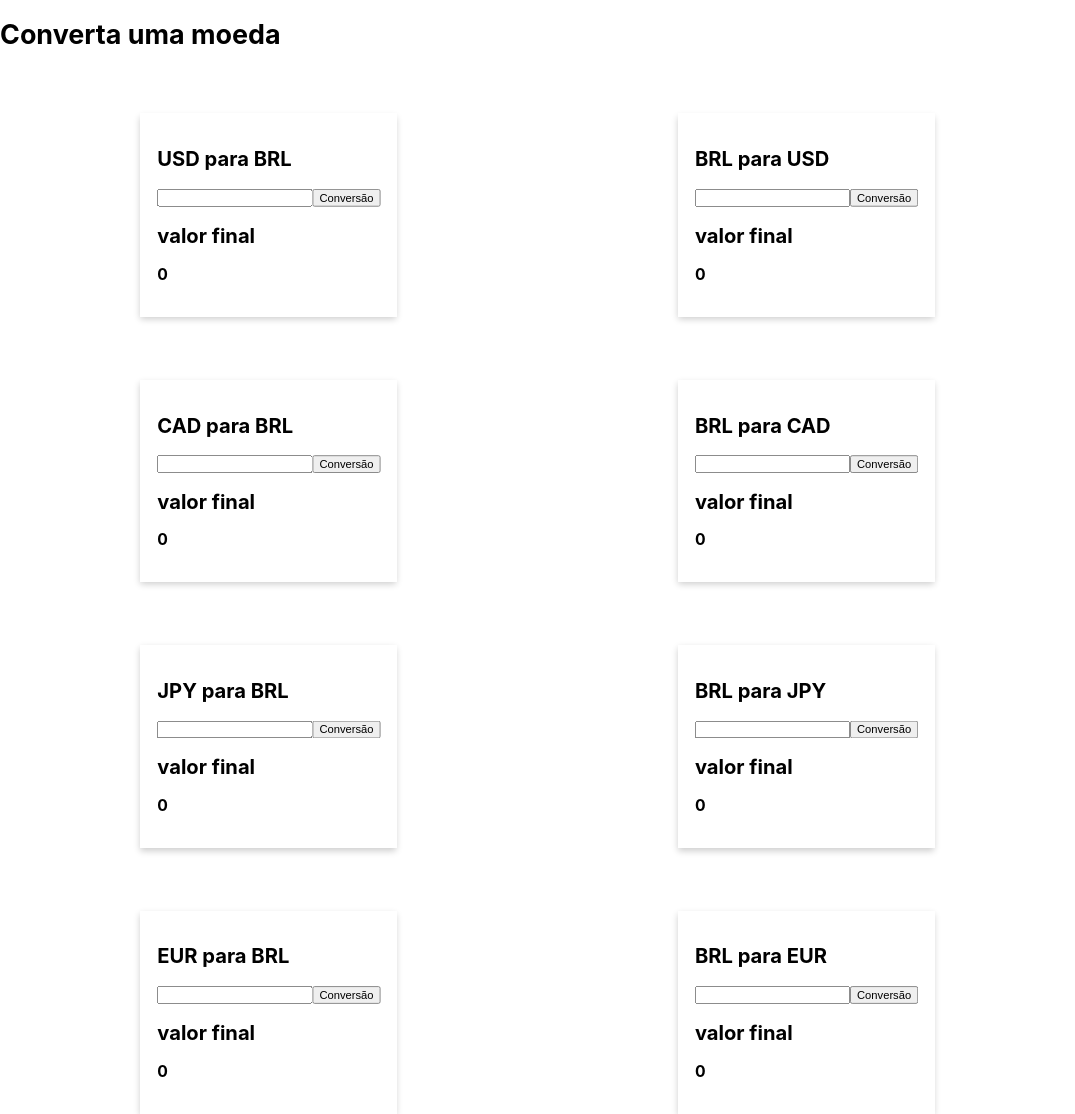
Repository: DeanLemosXD/Currency-converter
Page: /
These files come from the project's save history. The page is drawn as it stood at one moment and after the next save; the edit follows.
The browser window is 1280 px wide. The pictures show the whole page, at 84% of full size.
The project was rebuilt for these pictures with package versions that can differ from the ones it lists, and the page was loaded fresh each time.

Above is the page before, as saved 2021-10-19 18:18:27.

After the next save:
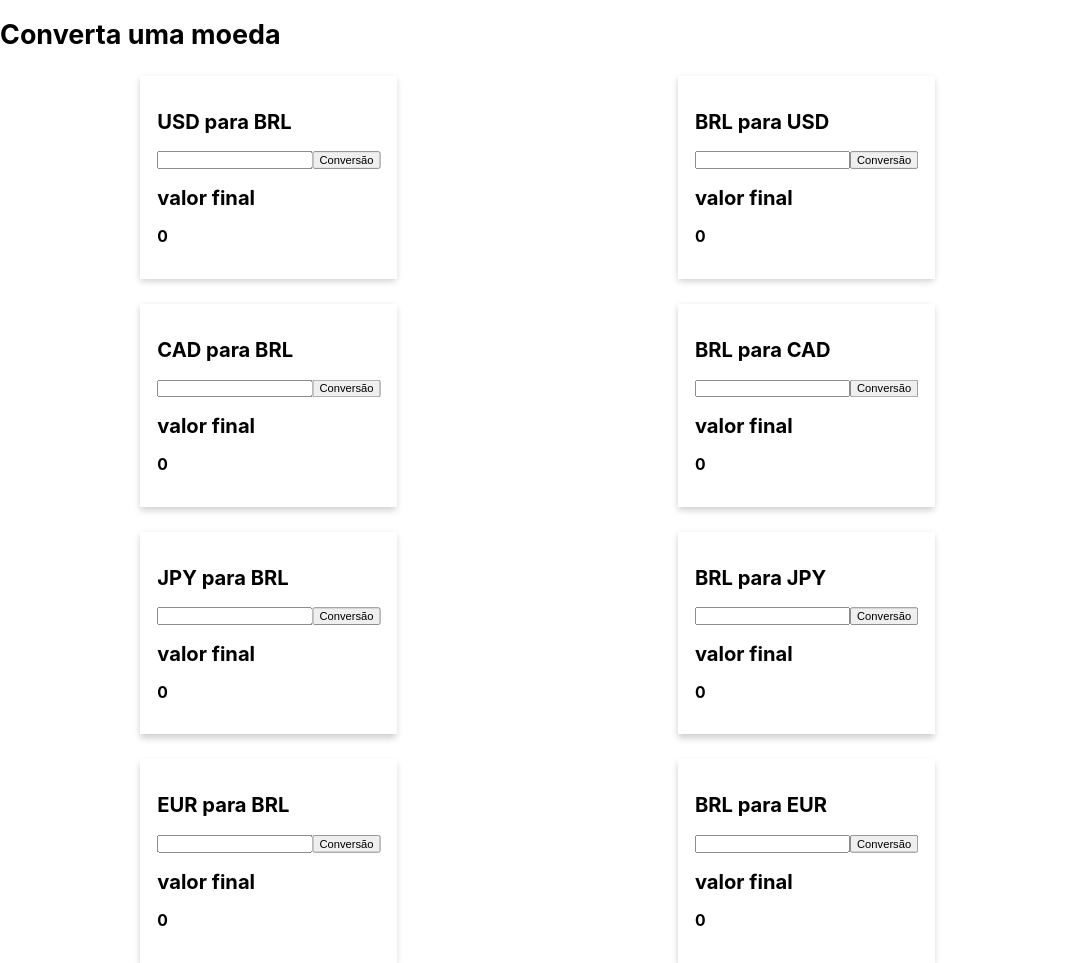
Saved 5 s later.
--- a/src/App.css
+++ b/src/App.css
@@ -1,6 +1,6 @@
 .linha{
     display:flex;
-    margin-top:  75px;
+    margin-top:  30px;
     justify-content: space-around;
 
 }
